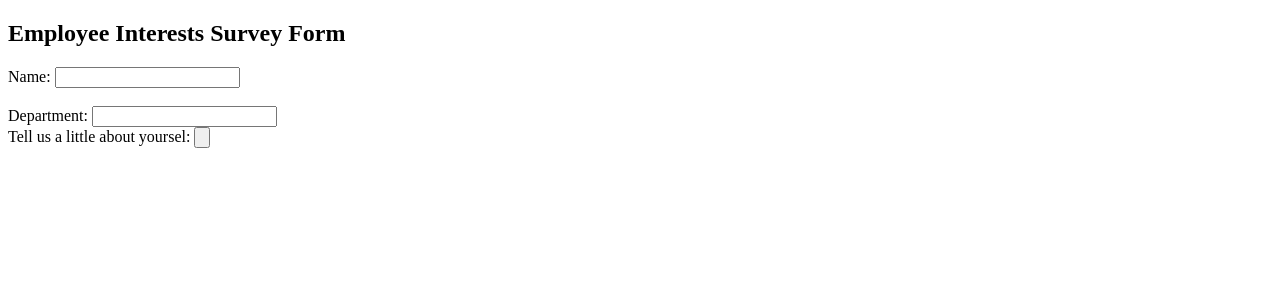
Repository: JoaoLemesDEV/Exercise-Survey-Form
Page: index.html
These files come from the project's save history. The page is drawn as it stood at one moment and after the next save; the edit follows.
The browser window is 1280 px wide. The pictures show the whole page.

Above is the page before, as saved 2021-10-10 18:19:58.

After the next save:
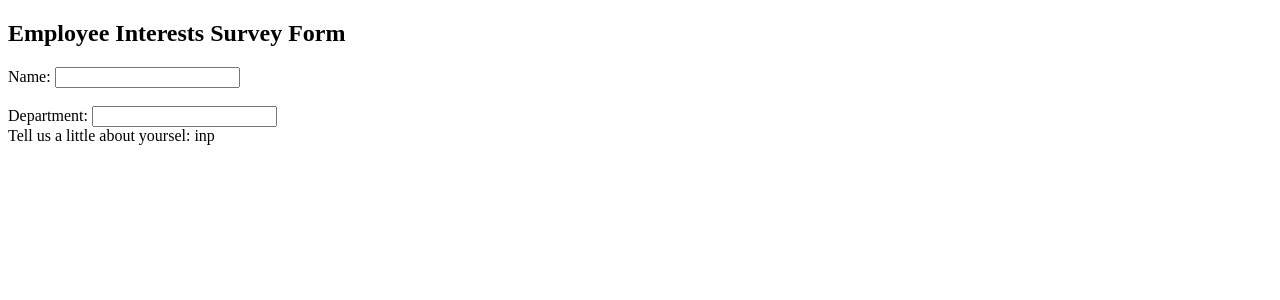
Saved 8 s later.
--- a/index.html
+++ b/index.html
@@ -13,7 +13,7 @@
   <label for="dep">Department:</label>
   <input type="text" name="dep" id=""><br>
   <label for="comment">Tell us a little about yoursel:</label>
-  <input type="button" value="">
+  inp
 
 </body>
 </html>

After the save that followed:
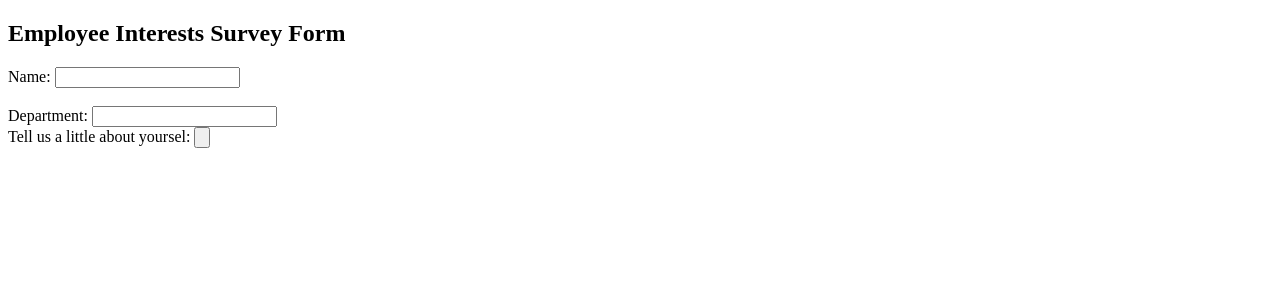
Saved 7 s later.
--- a/index.html
+++ b/index.html
@@ -13,7 +13,7 @@
   <label for="dep">Department:</label>
   <input type="text" name="dep" id=""><br>
   <label for="comment">Tell us a little about yoursel:</label>
-  inp
+  <input type="button" value="">
 
 </body>
 </html>
